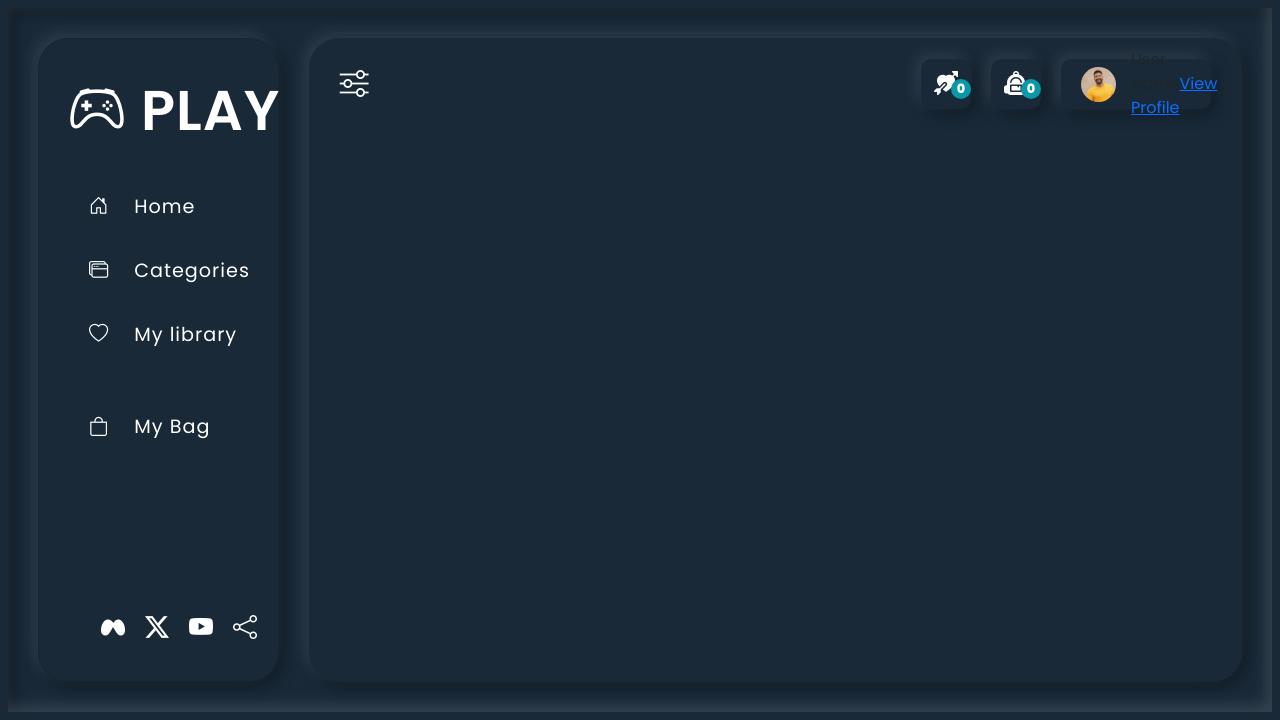
Repository: Ego-Wolf/Ecommerce-game-Reactjs
Page: /
An editor plug-in stored every save of this project. The page is shown before and after the next save, followed by the edit.
The browser window is 1280 px wide. The pictures show the whole page.
The project was rebuilt for these pictures with package versions that can differ from the ones it lists, and the page was loaded fresh each time.

Above is the page before, as saved 2023-12-21 23:53:00.

After the next save:
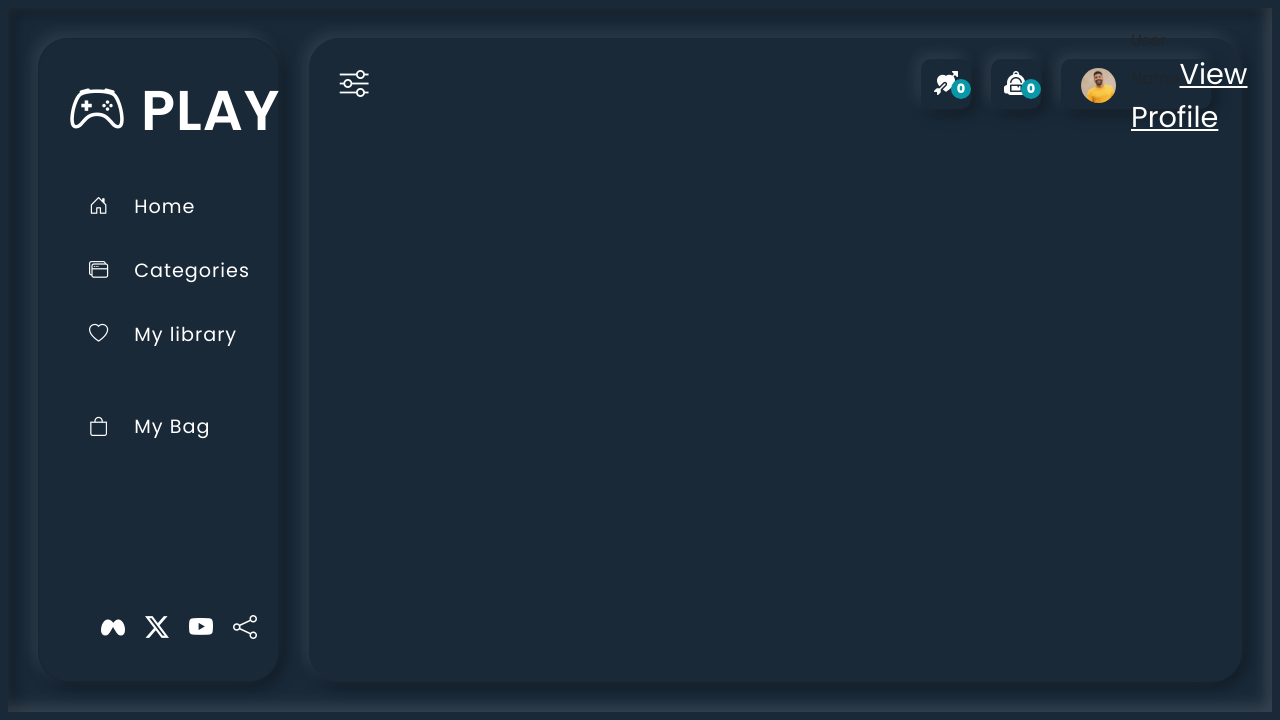
Saved 13 s later.
--- a/src/pages/Header.css
+++ b/src/pages/Header.css
@@ -73,7 +73,6 @@ header {
 }
 
 .userItems .avatar a {
-    width: 35px;
-    height: 35px;
-    border-radius: 50;
+    color: #ffffff;
+    font-size: 1.8rem;
 }
